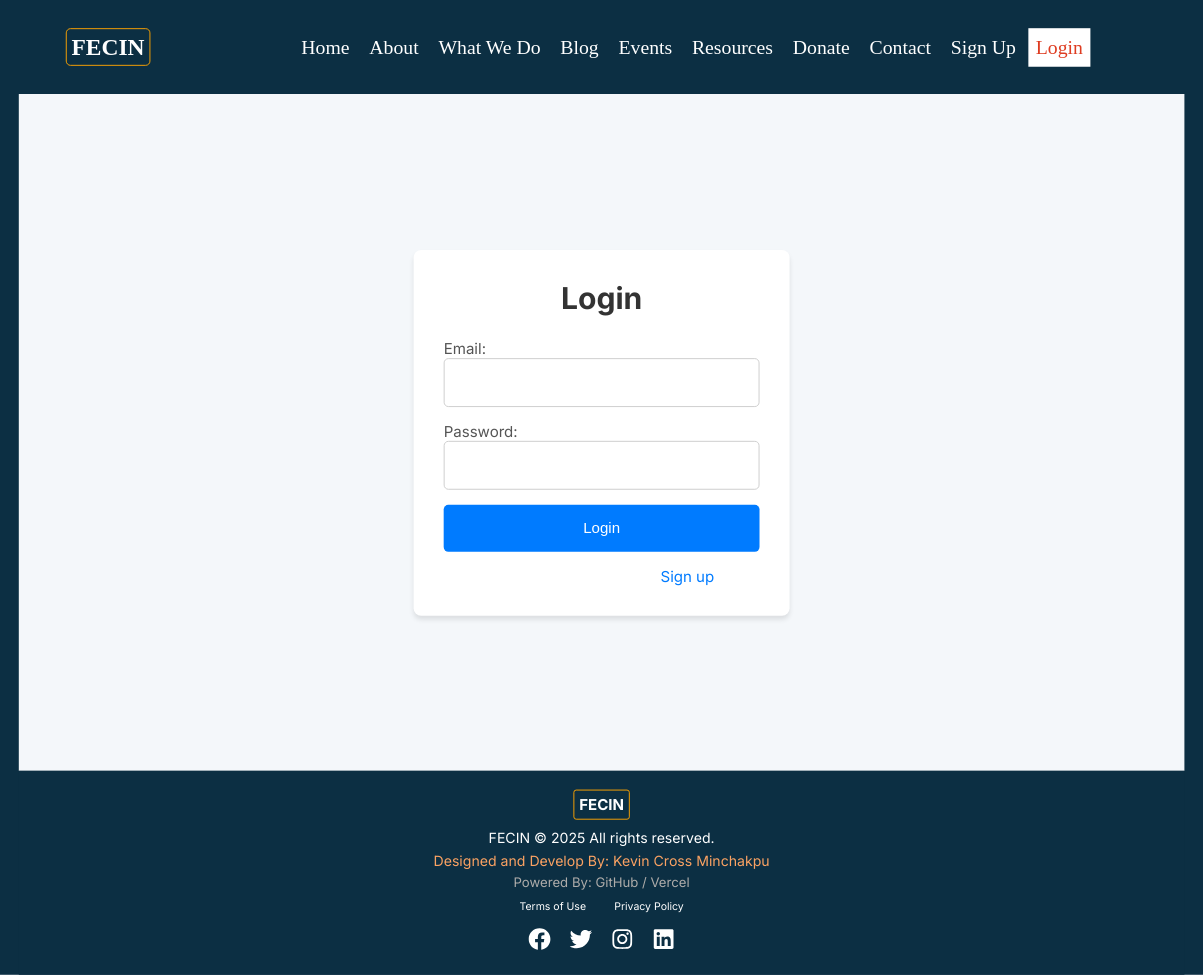
Repository: KCMinchakpu/fecin-projectgs497
Page: /login
These files come from the project's save history. The page is drawn as it stood at one moment and after the next save; the edit follows.
The browser window is 1280 px wide. The pictures show the whole page, at 94% of full size.
The page's requests for data from a server got no answer. The project was rebuilt for these pictures with package versions that can differ from the ones it lists, and the page was loaded fresh each time. The framework's server and built-in components were replaced by stand-ins that run in the browser. No one was signed in, and anything a server would have sent is missing. Also part of the build but not shown: next.config.mjs.

Above is the page before, as saved 2025-04-12 17:57:26.

### src/app/layout.js
"use client";

import { Inter } from "next/font/google";
import "./globals.css";
import Navbar from "@/components/navbar/Navbar";
import Footer from "@/components/footer/Footer";
import { SessionProvider } from "next-auth/react"; // Import SessionProvider

const inter = Inter({ subsets: ["latin"] });

export default function RootLayout({ children }) {
  return (
    <html lang="en">
      <body className={inter.className}>
        <SessionProvider>
          <div className="container">
            <Navbar />
            {children}
            <Footer />
          </div>
        </SessionProvider>
      </body>
    </html>
  );
}

### src/app/login/page.jsx
'use client';

import { useState } from 'react';
import { useRouter } from 'next/navigation';
import styles from './login.module.css'; // Assuming you have a CSS module for styling

export default function LoginPage() {
  const [email, setEmail] = useState('');
  const [password, setPassword] = useState('');
  const [error, setError] = useState(null);
  const router = useRouter();

  const handleSubmit = async (e) => {
    e.preventDefault();

    const response = await fetch('/api/auth/login', {
      method: 'POST',
      headers: { 'Content-Type': 'application/json' },
      body: JSON.stringify({ email, password }),
    });

    const data = await response.json();

    if (response.ok) {
      router.push('/dashboard'); // Redirect after successful login
    } else {
      setError(data.message); // Display error message
    }
  };

  return (
    <div className={styles['login-container']}>
      <form onSubmit={handleSubmit} className={styles.form}>
        <h2 className={styles.title}>Login</h2>
        {error && <p className={styles.error}>{error}</p>}

        <div>
          <label htmlFor="email" className={styles.label}>Email:</label>
          <input
            type="email"
            id="email"
            value={email}
            onChange={(e) => setEmail(e.target.value)}
            required
            className={styles.input}
          />
        </div>

        <div>
          <label htmlFor="password" className={styles.label}>Password:</label>
          <input
            type="password"
            id="password"
            value={password}
            onChange={(e) => setPassword(e.target.value)}
            required
            className={styles.input}
          />
        </div>

        <button type="submit" className={styles.button}>Login</button>

        <div className={styles.link}>
          <span>Don't have an account? <a href="/signup">Sign up</a></span>
        </div>
      </form>
    </div>
  );
}

### src/app/globals.css
:root {
    --bg: #0c2f43;
    --text: white;
    --bgSoft: #091f2c;
    --textSoft: rgb(237, 232, 232);
    --btn: #de3c21;
    --bgWhite: white;
    --textGray: #444444;
}

/* Box sizing rules */
* {
    box-sizing: border-box;
    margin:0;
    padding: 0;
  }

/* Set core body defaults */
body {
    background-color: var(--bgWhite);
    color: var(--text);
  }

a {
    color: inherit;
    text-decoration: none;
}

.container {
  background-color: var(--bg);
  width: 100%; /* Default for small screens */
  margin: auto;
  padding-left: 20px;
  padding-right: 20px;
  min-height: 120vh;
  display: flex;
  flex-direction: column;
  justify-content: space-between;
}

.callnana {
    background-color: var(--bgWhite);
    color: var(--textGray);
    padding: 20px;
    border-radius: 8px;
    box-shadow: 0 4px 8px rgba(0, 0, 0, 0.1);
    margin-bottom: 20px;
    width: 400px;
    height: 200px;
    align-items: center;
    justify-items: center;
}

### src/components/navbar/Navbar.jsx
import React from 'react';
import Link from 'next/link';
import Links from "./links/Links";
import styles from "./navbar.module.css";

const Navbar = () => {
  return (
    <div className={styles.container}>
      <Link href="/" className={styles.logo}>FECIN</Link>
      <div>
        <Links />
      </div>
    </div>
  );
};

export default Navbar;

### src/components/footer/Footer.jsx
import React from 'react';
import styles from './footer.module.css';
import { FaFacebook, FaTwitter, FaInstagram, FaLinkedin } from 'react-icons/fa';

const Footer = () => {
  return (
    <div className={styles.container}>
      <div className={styles.logo}>
        {/* You can add a logo image here if needed */}
        <h2>FECIN</h2>
      </div>
      <div>
        <p className={styles.text}>FECIN © 2025 All rights reserved.</p>
        <p className={styles.author}>
          <a href="https://www.linkedin.com/in/kevin-cross-minchakpu-7897379a" target="_blank">Designed and Develop By: Kevin Cross Minchakpu</a>
          </p>
        <p className={styles.company}>
          <a href="https://octatesystems.github.io/OSNigeria/">Powered By: GitHub / Vercel</a>
          </p>
      </div>
      <div className={styles.links}>
        <a href="/terms" className={styles.link}>Terms of Use</a>
        <a href="/privacy" className={styles.link}>Privacy Policy</a>
      </div>
      <div className={styles.socialIcons}>
        <a href="https://facebook.com" target="_blank" rel="noopener noreferrer" className={styles.icon}>
          <FaFacebook />
        </a>
        <a href="https://twitter.com" target="_blank" rel="noopener noreferrer" className={styles.icon}>
          <FaTwitter />
        </a>
        <a href="https://instagram.com" target="_blank" rel="noopener noreferrer" className={styles.icon}>
          <FaInstagram />
        </a>
        <a href="https://linkedin.com" target="_blank" rel="noopener noreferrer" className={styles.icon}>
          <FaLinkedin />
        </a>
      </div>
    </div>
  );
};

export default Footer;

### src/app/login/login.module.css

.login-container {
  width: 100%;
  height: 100vh;
  display: flex;
  justify-content: center;
  align-items: center;
  background-color: #f4f7fa;
}

.form {
  width: 100%;
  max-width: 400px;
  background-color: white;
  padding: 2rem;
  border-radius: 8px;
  box-shadow: 0 4px 6px rgba(0, 0, 0, 0.1);
}

.title {
  text-align: center;
  font-size: 2rem;
  margin-bottom: 1.5rem;
  color: #333;
}

.label {
  font-size: 1rem;
  color: #555;
  margin-bottom: 0.5rem;
}

.input {
  width: 100%;
  padding: 1rem;
  font-size: 1rem;
  border: 1px solid #ccc;
  border-radius: 5px;
  outline: none;
  margin-bottom: 1rem;
}

.input:focus {
  border-color: #007bff;
}

.button {
  width: 100%;
  padding: 1rem;
  background-color: #007bff;
  color: white;
  font-size: 1rem;
  border: none;
  border-radius: 5px;
  cursor: pointer;
  transition: background-color 0.3s ease;
}

.button:hover {
  background-color: #0056b3;
}

.error {
  color: red;
  font-size: 0.9rem;
  text-align: center;
  margin-bottom: 1rem;
}

.link {
  display: block;
  text-align: center;
  margin-top: 1rem;
  font-size: 1rem;
}

.link a {
  color: #007bff;
  text-decoration: none;
}

.link a:hover {
  text-decoration: underline;
}

### src/components/navbar/links/Links.jsx
"use client";

import React, { useState } from "react";
import { useSession } from "next-auth/react";
import Image from 'next/image';
import NavLink from "../navLink/NavLink";
import styles from "./links.module.css";

const links = [
  { title: "Home", path: "/" },
  { title: "About", path: "/about" },
  { title: "What We Do", path: "/whatwedo" },
  { title: "Blog", path: "/blog" },
  { title: "Events", path: "/upcoming-events" },
  { title: "Resources", path: "/resources" },
  { title: "Donate", path: "/donate" },
  { title: "Contact", path: "/contact" },
  { title: "Sign Up", path: "/signup" },
  ];

const Links = () => {
  const [open, setOpen] = useState(false);
  const { data: session, status } = useSession();

  const isAdmin = session?.user?.role === "admin";

  return (
    <div className={styles.container}>
      <div className={styles.links}>
        {links.map((link) => (
          <NavLink item={link} key={link.title} />
        ))}

        {!session && status !== "loading" && (
          <NavLink item={{ title: "Login", path: "/login" }} />
        )}

        {session && isAdmin && (
          <NavLink item={{ title: "Admin", path: "/admin" }} />
        )}

        {session && (
          <form method="post" action="/api/auth/signout">
            <button className={styles.logout}>Logout</button>
          </form>
        )}
      </div>

      <Image
        className={styles.menuButton}
        src="/menu.png"
        alt="Hamburger menu"
        width={30}
        height={30}
        onClick={() => setOpen((prev) => !prev)}
      />

      {open && (
        <div className={styles.mobileLinks}>
          {links.map((link) => (
            <NavLink item={link} key={link.title} />
          ))}
        </div>
      )}
    </div>
  );
};

export default Links;

### src/components/navbar/navbar.module.css
.container {
    height: 100px;
    display: flex;
    align-items: center;
    justify-content: space-between;
}

.logo {
    font-size: 25px;
    font-weight: bold;
    font-family: "Play", serif;
    font-weight: 700;
    font-style: normal;
    border: 1.5px solid orange;
    padding: 5px;
    border-radius: 5px;
    margin-left: 50px;
}

### src/components/footer/footer.module.css
/* Footer Container */
.container {
    background-color: var(--bg);
    color: white;
    display: flex;
    flex-direction: column;
    align-items: center;
    justify-content: space-between;
    padding: 20px;
    text-align: center;
  }

  .logo h2 {
    font-size: 1rem;
    margin-bottom: 10px;
    border: 1px solid orange;
    padding: 5px;
    border-radius: 3px;
  }

  .text {
    margin-bottom: 5px;
    font-size: 15px;

  }
  .author {
    margin-bottom: 5px;
    font-size: 15px;
    color: rgb(250, 162, 99);
  }

  .company {
    margin-bottom: 5px;
    font-size: 14px;
    color: rgb(174, 172, 170);
  }

  .author:hover {
    text-decoration: underline;
  }

  .company:hover {
    text-decoration: underline;
  }

  .links {
    margin-bottom: 15px;
  }

  .link {
    color: white;
    margin: 0 15px;
    text-decoration: none;
    font-size: 0.7rem;
  }

  .link:hover {
    text-decoration: underline;
  }

  .socialIcons {
    display: flex;
    justify-content: center;
    gap: 20px;
  }

  .icon {
    font-size: 1.5rem;
    color: white;
    transition: color 0.3s ease;
  }

  .icon:hover {
    color: #0070f3;
  }


  @media (min-width: 768px) {
    .container {
      flex-direction: column;
      align-items: center;
      justify-content: space-around;
    }
  }

### src/components/navbar/navLink/navLink.jsx
"use client";

import React from "react";
import Link from "next/link";
import { usePathname } from "next/navigation";
import styles from "./navLink.module.css";

const NavLink = ({ item }) => {
  const pathName = usePathname();
  return (
    <Link
      href={item.path}
      className={`${styles.container} ${
        pathName === item.path ? styles.active : ""
      }`}
    >
      {item.title}
    </Link>
  );
};

export default NavLink;

### src/components/navbar/links/links.module.css
.links {
    display: flex;
    align-items: center;
    gap: 5px;
    font-family: "Play", serif;
    font-style: normal;
    margin-right: 100px;
    font-size: 21px;
}

.logout {
    padding: 5px;
    cursor: pointer;
    font-weight: bold;
    font-size: 15px;
}

.menuButton,
.mobileLinks {
   display: none;
  }

  @media (max-width: 480px){
    .links {
        display: none;
    }

    .menuButton {
        display: block;
        cursor: pointer;
      }

    .mobileLinks {
        position: absolute;
        top: 100px;
        right: 0;
        width: 50%;
        height: calc(100vh-100px);
        /*background-color: var(--bg);*/
       background-color: brown;
        display: flex;
        flex-direction: column;
        align-items: center;
        justify-content: center;
        gap: 10px;
      }
  }

### src/components/navbar/navLink/navLink.module.css
.container {
    padding: 8px;
    text-align: center;


}

.active {
    background-color: var(--text);
    color: var(--btn);
}

After the next save:
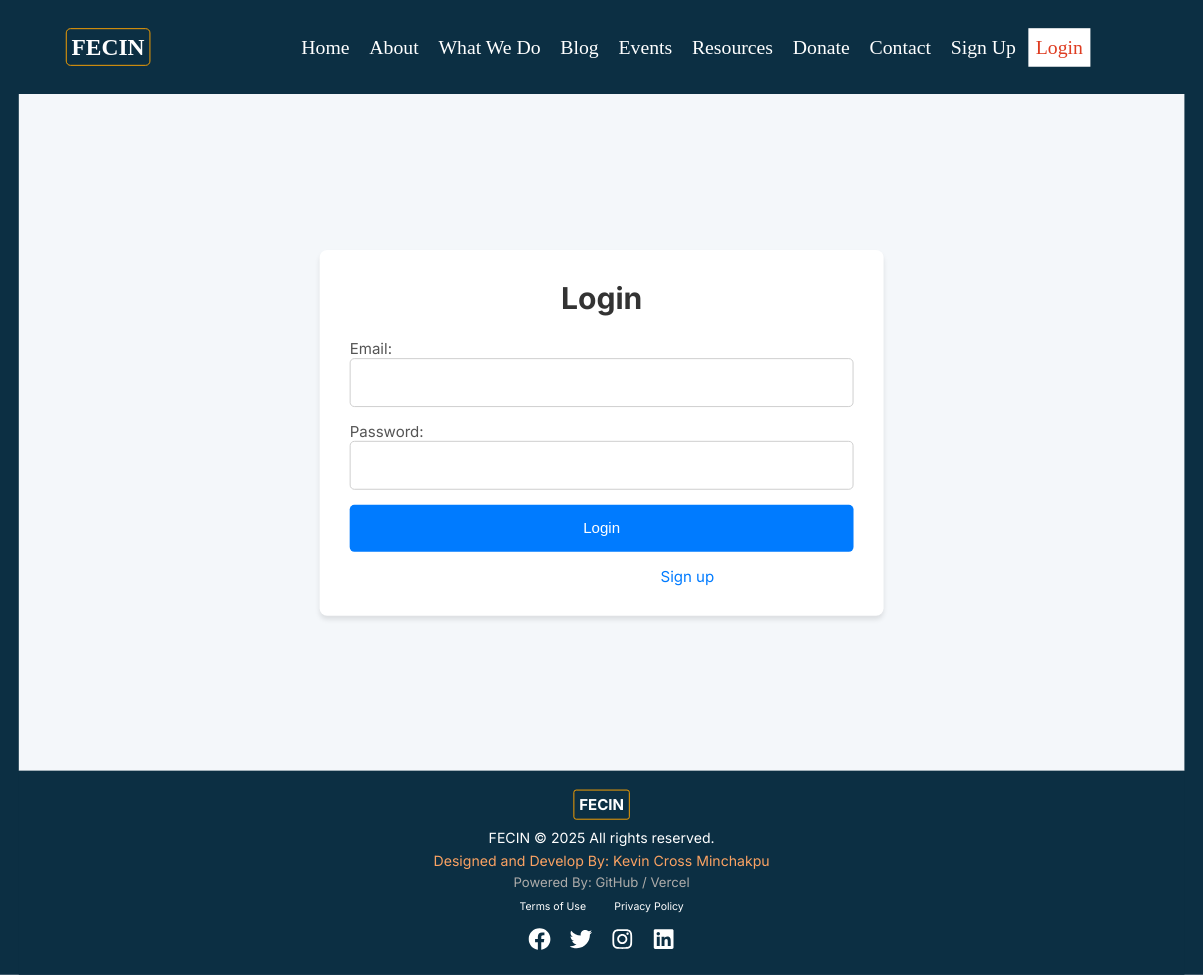
Saved 26 s later.
--- a/src/app/login/login.module.css
+++ b/src/app/login/login.module.css
@@ -10,7 +10,7 @@
 
 .form {
   width: 100%;
-  max-width: 400px;
+  max-width: 600px;
   background-color: white;
   padding: 2rem;
   border-radius: 8px;
